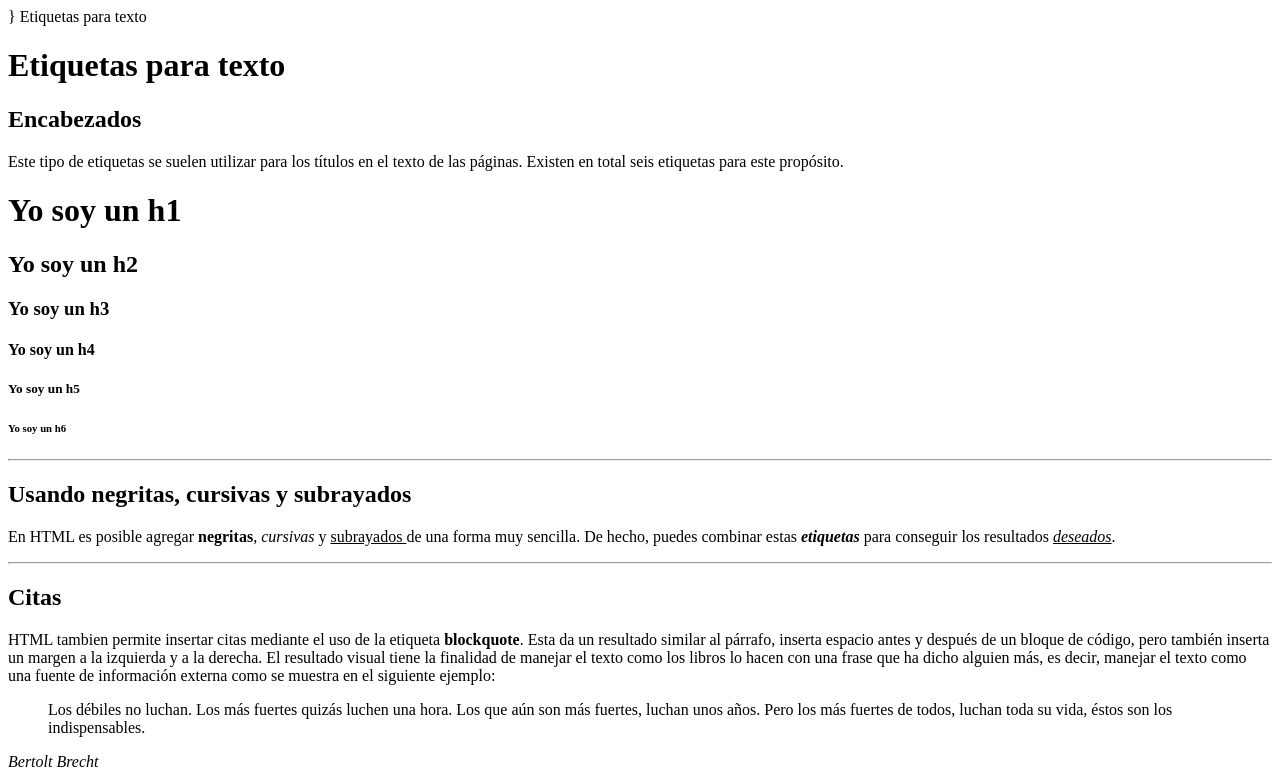
Repository: DiegoJacob0/LabosWeb
Page: 00043719_practica1_seccion1/etiquetas_texto.html
An editor plug-in stored every save of this project. The page is shown before and after the next save, followed by the edit.
The browser window is 1280 px wide. The pictures show the whole page.

Above is the page before, as saved 2025-08-25 15:07:25.

### 00043719_practica1_seccion1/etiquetas_texto.html
<!DOCTYPE html>
<html lang="en">
<head>
    <meta charset="UTF-8">}
    <meta name="keywords" content="HTML5, etiquetas, texto"
    <title> Etiquetas para texto</title>
</head>
<body>
    <h1>Etiquetas para texto</h1>
<div>
<h2>Encabezados</h2>
<p>Este tipo de etiquetas se suelen utilizar para los títulos
en el texto de las páginas. Existen en total seis etiquetas para este
propósito.
</p>
<h1>Yo soy un h1</h1>
<h2>Yo soy un h2</h2>
<h3>Yo soy un h3</h3>
<h4>Yo soy un h4</h4>
<h5>Yo soy un h5</h5>
<h6>Yo soy un h6</h6>
</div>

<hr>
<div>
<h2>Usando negritas, cursivas y subrayados</h2>
<p>En HTML es posible agregar <b>negritas</b>,
<i>cursivas</i> y <ins>subrayados </ins>de una forma muy sencilla. De
hecho, puedes combinar estas <b><i>etiquetas</i></b> para conseguir los
resultados <ins><i>deseados</ins></i>.
</p>
</div>
<hr>
<div>
<h2>Citas</h2>
<p>HTML tambien permite insertar citas mediante el uso de la
etiqueta <b>blockquote</b>. Esta da un resultado similar al párrafo,
inserta espacio antes y después de un bloque de código, pero también
inserta un margen a la izquierda y a la derecha. El resultado visual
tiene la finalidad de manejar el texto como los libros lo hacen con una
frase que ha dicho alguien más, es decir, manejar el texto como una
fuente de información externa como se muestra en el siguiente
ejemplo:
</p>
<blockquote>Los débiles no luchan. Los más fuertes quizás
luchen una hora. Los que aún son más fuertes, luchan unos años. Pero los
más fuertes de todos, luchan toda su vida, éstos son los
indispensables.</blockquote>
<cite>Bertolt Brecht</cite>
</div>

</body>
</html>

After the next save:
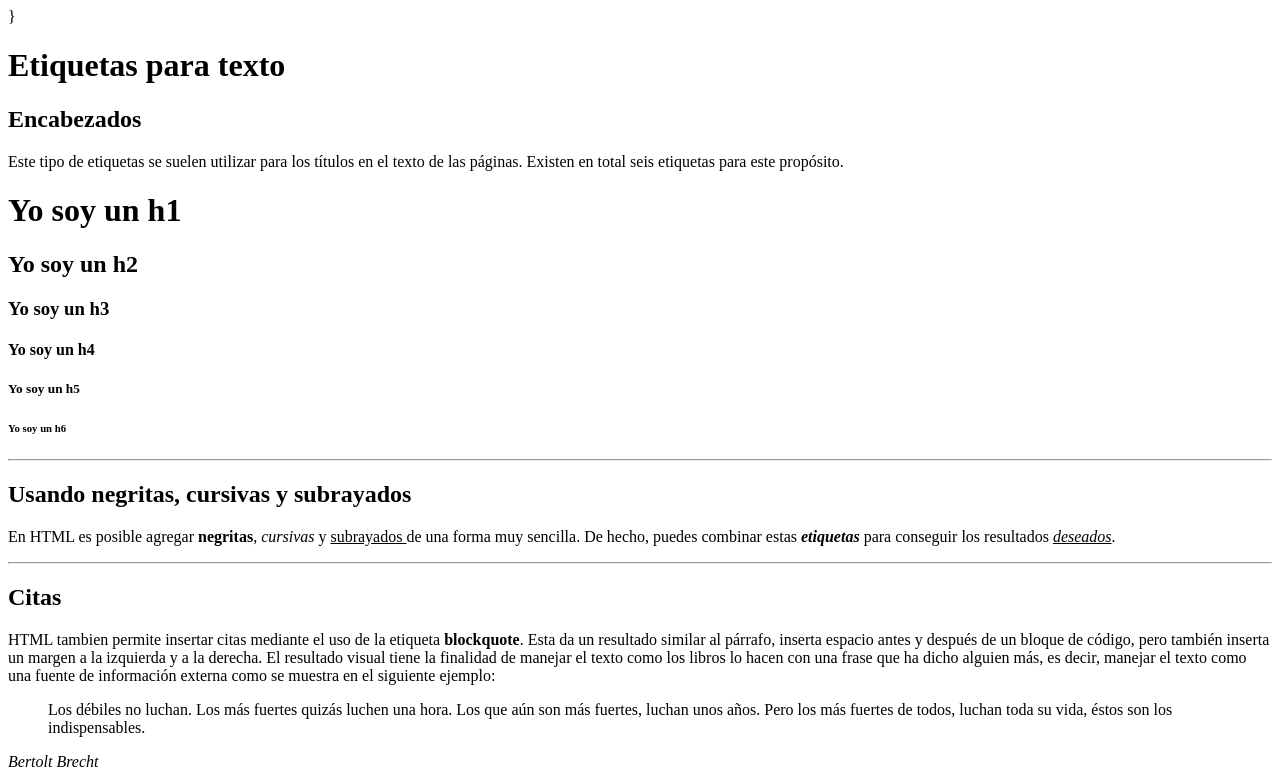
Saved 5 s later.
--- a/00043719_practica1_seccion1/etiquetas_texto.html
+++ b/00043719_practica1_seccion1/etiquetas_texto.html
@@ -2,7 +2,7 @@
 <html lang="en">
 <head>
     <meta charset="UTF-8">}
-    <meta name="keywords" content="HTML5, etiquetas, texto"
+    <meta name="keywords" content="HTML5, etiquetas, texto">
     <title> Etiquetas para texto</title>
 </head>
 <body>
